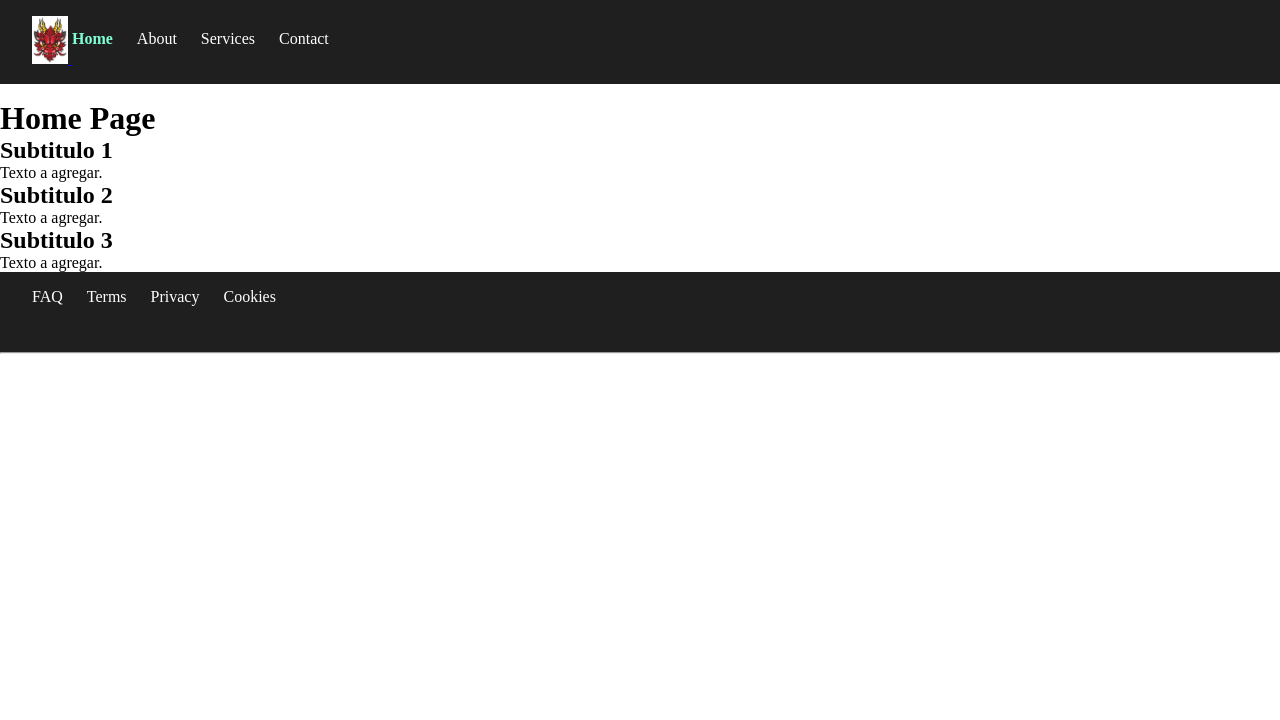
Repository: andreamm-lab/css-positioning-examples-2025-10
Page: index.html
The author's editor kept a copy of each file at every save. The page is drawn from the files as they stood at one save, then again after the next save.
The browser window is 1280 px wide. The pictures show the whole page.

Above is the page before, as saved 2025-11-07 01:06:29.

After the next save:
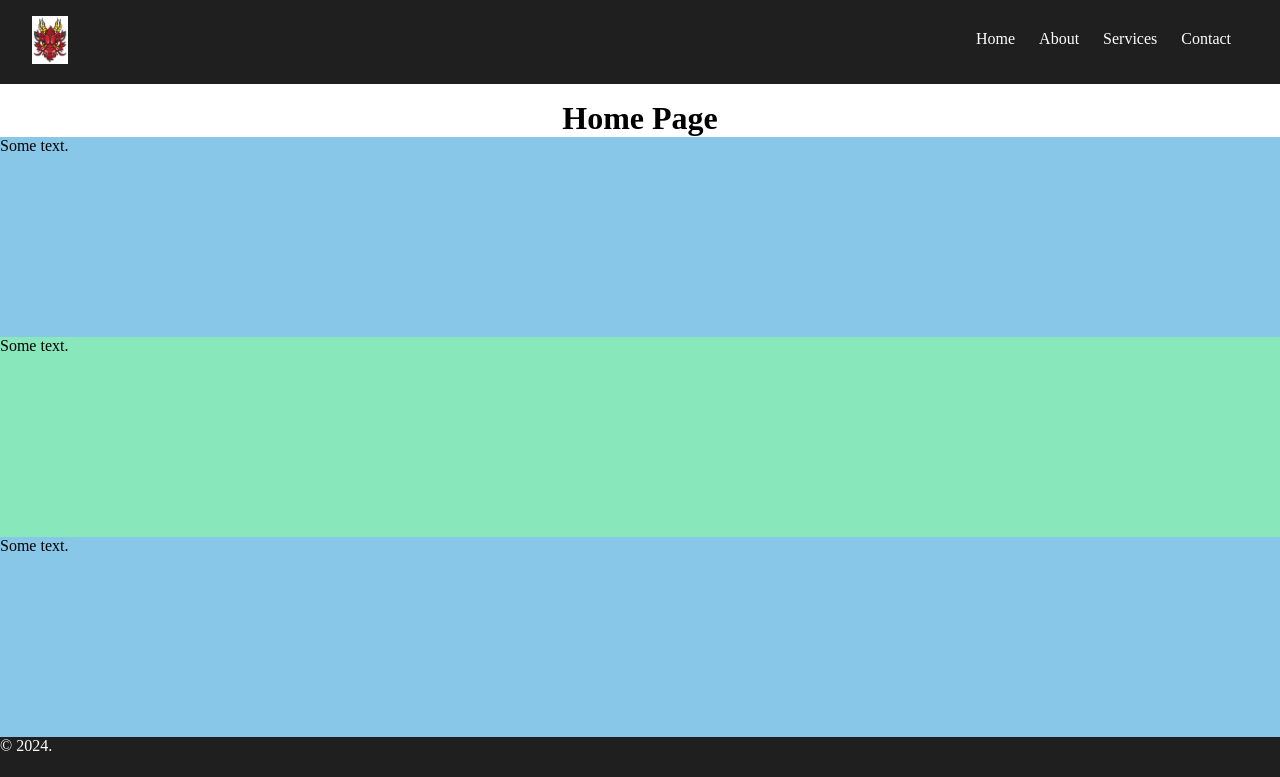
Saved 2 s later.
--- a/index.html
+++ b/index.html
@@ -1,68 +1,48 @@
 <!DOCTYPE html>
 <html lang="en">
 <head>
-    <meta charset="UTF-8">
-    <meta name="viewport" content="width=device-width, initial-scale=1.0">
-    <title>Basic Nav Example</title>
-    <link rel="stylesheet" href="./main.css">
+  <meta charset="UTF-8">
+  <meta name="viewport" content="width=device-width, initial-scale=1.0">
+  <title>Basic Nav Example</title>
+  <link rel="stylesheet" href="./main.css">
 </head>
 <body>
-    <header>
-        <!-- Primary navigation -->
-        <nav aria-label="Primary navigation">
-            <a href="index.html">
-                <img src="images/dragon.png" alt="Dragon logo">
-            </a>
-            <ul>
-                <li><a href="index.html" class="current">Home</a></li>
-                <li><a href="pages/about.html">About</a></li>
-                <li>
-                    <a href="pages/services.html">Services</a>
-                    <ul id="services-menu">
-                        <li><a href="#">Gardening</a></li>
-                        <li><a href="#">Landscaping</a></li>
-                        <li><a href="#">Weed Control</a></li>
-                        <li><a href="#">Tree Removal</a></li>
-                    </ul>
-                </li>
-                <li><a href="pages/contact.html">Contact</a></li>
-            </ul>
-        </nav>
-    </header>
+  <header>
+    <nav>
+      <a href="#"><img src="./images/dragon.png" alt="Dragon logo"></a>
+      <span class="spacer"></span>
+      <ul>
+        <li class="current"><a href="./index.html">Home</a></li>
+        <li><a href="./pages/about.html">About</a></li>
+        <li id="services-li">
+          <a href="./pages/services.html">Services</a>
+          <ul id="services-menu">
+            <li><a href="#">Gardening</a></li>
+            <li><a href="#">Landscaping</a></li>
+            <li><a href="#">Weed Control</a></li>
+            <li><a href="#">Tree Removal</a></li>
+          </ul>
+        </li>
+        <li><a href="./pages/contact.html">Contact</a></li>
+      </ul>
+    </nav>
+  </header>
 
-    <main class="home-main">
-        <h1 id="page-title">Home Page</h1>
+  <main>
+    <h1 style="text-align: center;">Home Page</h1>
+    <section class="section-a">
+      <p>Some text.</p>
+    </section>
+    <section class="section-b">
+      <p>Some text.</p>
+    </section>
+    <section class="section-a">
+      <p>Some text.</p>
+    </section>
+  </main>
 
-        <div class="card-grid">
-            <article class="card">
-                <h2>Subtitulo 1</h2>
-                <p>Texto a agregar.</p>
-            </article>
-            <article class="card">
-                <h2>Subtitulo 2</h2>
-                <p>Texto a agregar.</p>
-            </article>
-            <article class="card">
-                <h2>Subtitulo 3</h2>
-                <p>Texto a agregar.</p>
-            </article>
-        </div>
-    </main>
-
-    <!-- Footer navigation -->
-    <footer id="main-footer">
-        <nav aria-label="Footer navigation">
-            <ul>
-                <li><a href="#">FAQ</a></li>
-                <li><a href="#">Terms</a></li>
-                <li><a href="#">Privacy</a></li>
-                <li><a href="#">Cookies</a></li>
-            </ul>
-        </nav>
-
-        <hr class="footer-line">
-
-        <p>© 2024 My Website</p>
-    </footer>
+  <footer>
+    <p>&copy; 2024.</p>
+  </footer>
 </body>
 </html>
